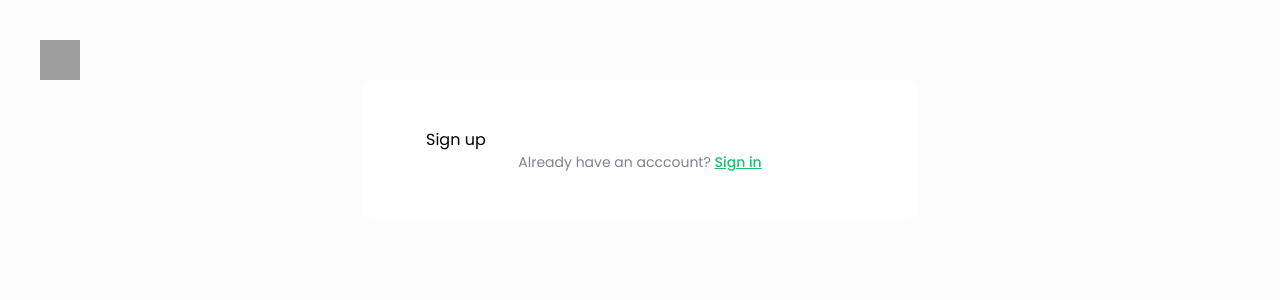
Repository: theweirdboiz/cudotiem-admin
Page: /auth/signup
An editor plug-in stored every save of this project. The page is shown before and after a run of saves, followed by the edit.
The browser window is 1280 px wide. The pictures show the whole page.
Pictures or frames that could not be fetched are drawn as grey boxes. The project was rebuilt for these pictures with package versions that can differ from the ones it lists, and the page was loaded fresh each time. Some packages were replaced by stand-ins written for this rebuild. Also part of the build but not shown: vite.config.js, src/components/checkbox/Checkbox.jsx, src/components/input/Input.jsx, src/components/common/ErrorComponent.jsx, src/layouts/components/header/Header.jsx, src/layouts/components/sidebar/Sidebar.jsx, src/layouts/components/index.jsx, src/layouts/DefaultLayout.jsx.

Above is the page before, as saved 2023-03-07 09:49:19.

### index.html
<!DOCTYPE html>
<html lang="en">
  <head>
    <meta charset="UTF-8" />
    <link rel="icon" type="image/svg+xml" href="/vite.svg" />
    <meta name="viewport" content="width=device-width, initial-scale=1.0" />
    <link rel="preconnect" href="https://fonts.googleapis.com" />
    <link rel="preconnect" href="https://fonts.gstatic.com" crossorigin />
    <link
      href="https://fonts.googleapis.com/css2?family=Poppins:wght@300;400;500;600;700&display=swap"
      rel="stylesheet"
    />
    <title>Vite + React</title>
  </head>
  <body>
    <div id="root"></div>
    <script type="module" src="/src/main.jsx"></script>
  </body>
</html>

### src/main.jsx
import React from "react";
import ReactDOM from "react-dom/client";
import App from "./App";
import "./index.scss";
import { QueryClient, QueryClientProvider } from "@tanstack/react-query";
import { ReactQueryDevtools } from "@tanstack/react-query-devtools";
import { Provider } from "react-redux";
import { store } from "./store/configStore";

const client = new QueryClient();

ReactDOM.createRoot(document.getElementById("root")).render(
  <React.StrictMode>
    <QueryClientProvider client={client}>
      <Provider store={store}>
        <App />
      </Provider>
      <ReactQueryDevtools initialIsOpen={false} />
    </QueryClientProvider>
  </React.StrictMode>
);

### src/App.jsx
import { Fragment, useState } from "react";
import { BrowserRouter as Router, Routes, Route } from "react-router-dom";
import { publicRoutes, privateRoutes } from "@routes";
import { DefaultLayout } from "@layouts";

function App() {
  return (
    <Router>
      <Routes>
        {/* {publicRoutes.map((route, index) => {
          const Page = route.component;
          const Layout = route.layout === null ? Fragment : DefaultLayout;
          return (
            <Route
              key={index}
              path={route.path}
              element={
                <Layout>
                  <Page />
                </Layout>
              }
            />
          );
        })}*/}
        {privateRoutes.map((route, index) => {
          const Page = route.component;
          let Layout = DefaultLayout;
          if (route.layout === null) {
            Layout = Fragment;
          } else {
            Layout = route.layout;
          }
          return (
            <Route
              key={index}
              path={route.path}
              element={
                <Layout>
                  <Page />
                </Layout>
              }
            />
          );
        })}
      </Routes>
    </Router>
  );
}

export default App;

### src/index.scss
@tailwind base;
@tailwind components;
@tailwind utilities;

@layer base {
  body {
    @apply font-primary  text-base;
  }
}

### src/store/configStore.jsx
import createSagaMiddleware from "@redux-saga/core";
import { configureStore } from "@reduxjs/toolkit";
import logger from "redux-logger";

const sagaMiddleware = createSagaMiddleware();

export const store = configureStore({
  reducer: {},
  middleware: (gDM) => gDM().concat(logger, sagaMiddleware),
});

### src/layouts/index.jsx
export { default as DefaultLayout } from "./DefaultLayout";
export { default as AuthLayout } from "./AuthLayout";

### src/routes/routes.jsx
import { RoutesConfig } from "@config/";

// import { SignUpPage } from "@pages";

import { AuthLayout } from "@layouts";
import { lazy } from "react";

const SignUpPage = lazy(() => import("@pages/auth/SingUpPage"));

const publicRoutes = [
  // {
  //   path: RoutesConfig.dashboard,
  //   component: Dashboard,
  //   text: "dashboard",
  // },
  // {
  //   path: RoutesConfig.order,
  //   component: OrderManagement,
  //   text: "order",
  // },
  // {
  //   path: RoutesConfig.post,
  //   component: PostManagement,
  //   text: "post",
  // },
  // {
  //   path: RoutesConfig.user,
  //   component: UserManagement,
  //   text: "user",
  // },
];
const privateRoutes = [
  // {
  //   path: RoutesConfig.login,
  //   component: Login,
  //   layout: AuthLayout,
  // },
  // {
  //   path: RoutesConfig.register,
  //   component: Register,
  //   layout: AuthLayout,
  // },
  {
    path: RoutesConfig.signup,
    component: SignUpPage,
    layout: AuthLayout,
  },
];

export { publicRoutes, privateRoutes };

### src/layouts/AuthLayout.jsx
import React from "react";
import PropTypes from "prop-types";
import { Link } from "react-router-dom";
import { withErrorBoundary } from "react-error-boundary";
import { ErrorComponent } from "@components";

import brand from "../assets/react.svg";

const AuthLayout = ({ children }) => {
  return (
    <div className="min-h-screen bg-lite p-10">
      <Link to="">
        <img src={brand} alt="" className="w-10 h-10" />
      </Link>
      <div className="w-full bg-white max-w-[556px] rounded-xl px-5 py-8 lg:px-16 lg:py-12 mx-auto">
        {children}
      </div>
    </div>
  );
};

AuthLayout.propTypes = {
  children: PropTypes.node,
};

export default withErrorBoundary(AuthLayout, {
  FallbackComponent: ErrorComponent,
});

### src/config/index.jsx
export { default as RoutesConfig } from "./routes-config/RoutesConfig";

### src/pages/auth/SingUpPage.jsx
import React from "react";
import PropTypes from "prop-types";
import { Link } from "react-router-dom";

const SideUpPage = (props) => {
  return (
    <>
      <h3>Sign up</h3>
      <p className="text-center lg:text-sm text-xs font-normal text-text-3">
        Already have an acccount?{" "}
        <Link className="text-primary font-medium underline" to="/auth/sign-in">
          Sign in
        </Link>
      </p>
    </>
  );
};

SideUpPage.propTypes = {};

export default SideUpPage;

### src/components/index.jsx
export { default as Checkbox } from "./checkbox/Checkbox";
export { default as Input } from "./input/Input";
export { default as ErrorComponent } from "./common/ErrorComponent";

### src/config/routes-config/RoutesConfig.jsx
export const routes = {
  dashboard: "/",
  orders: "/order",
  posts: "/post",
  users: "/user",
  signup: "/auth/signup",
  forget: "/forget-password",
};
export default routes;

### tailwind.config.cjs
/** @type {import('tailwindcss').Config} */
module.exports = {
  content: ["./index.html", "./src/**/*.{js,ts,jsx,tsx}"],
  theme: {
    extend: {
      fontFamily: {
        primary: ["Poppins", "sans-serif"],
      },
    },
    colors: {
      primary: "#1DC071",
      secondary: "#6F49FD",
      "text-1": "#171725",
      "text-2": "#4B5264",
      "text-3": "#808191",
      "text-4": "#B2B3BD",
      "icon-color": "#A2A2A8",
      white: "#FFFFFF",
      "white-soft": "#FCFBFF",
      "gray-soft": "#FCFCFC",
      strock: "#F1F1F3",
      lite: "#FCFCFD",
      error: "#EB5757",
      darkbg: "#13131A",
      darkSecondary: "#1C1C24",
      softDark: "#22222C",
      darkStroke: "#3A3443",
      darkRed: "#422C32",
    },
  },
  plugins: [],
};

Loaded but not shown: src/routes/index.jsx (common file)

After the next 2 saves:
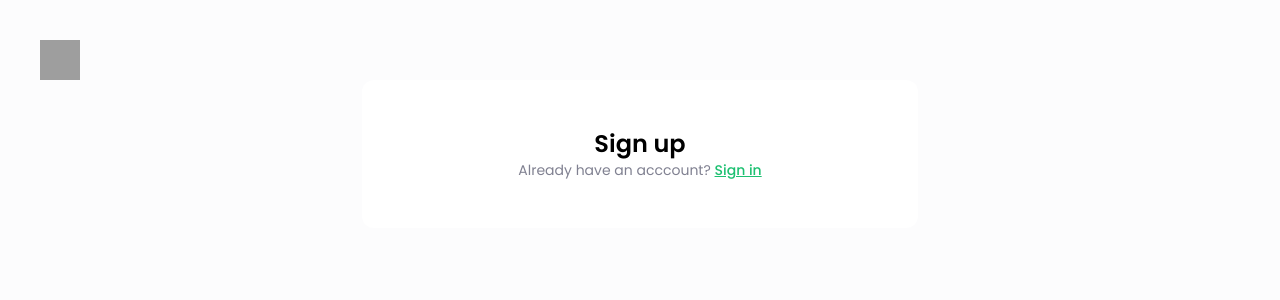
The 2 saves are shown as one change because they came seconds apart.
The last was saved 20 s later.
--- a/src/pages/auth/SingUpPage.jsx
+++ b/src/pages/auth/SingUpPage.jsx
@@ -5,7 +5,7 @@ import { Link } from "react-router-dom";
 const SideUpPage = (props) => {
   return (
     <>
-      <h3>Sign up</h3>
+      <h3 className="font-semibold text-2xl text-center">Sign up</h3>
       <p className="text-center lg:text-sm text-xs font-normal text-text-3">
         Already have an acccount?{" "}
         <Link className="text-primary font-medium underline" to="/auth/sign-in">
